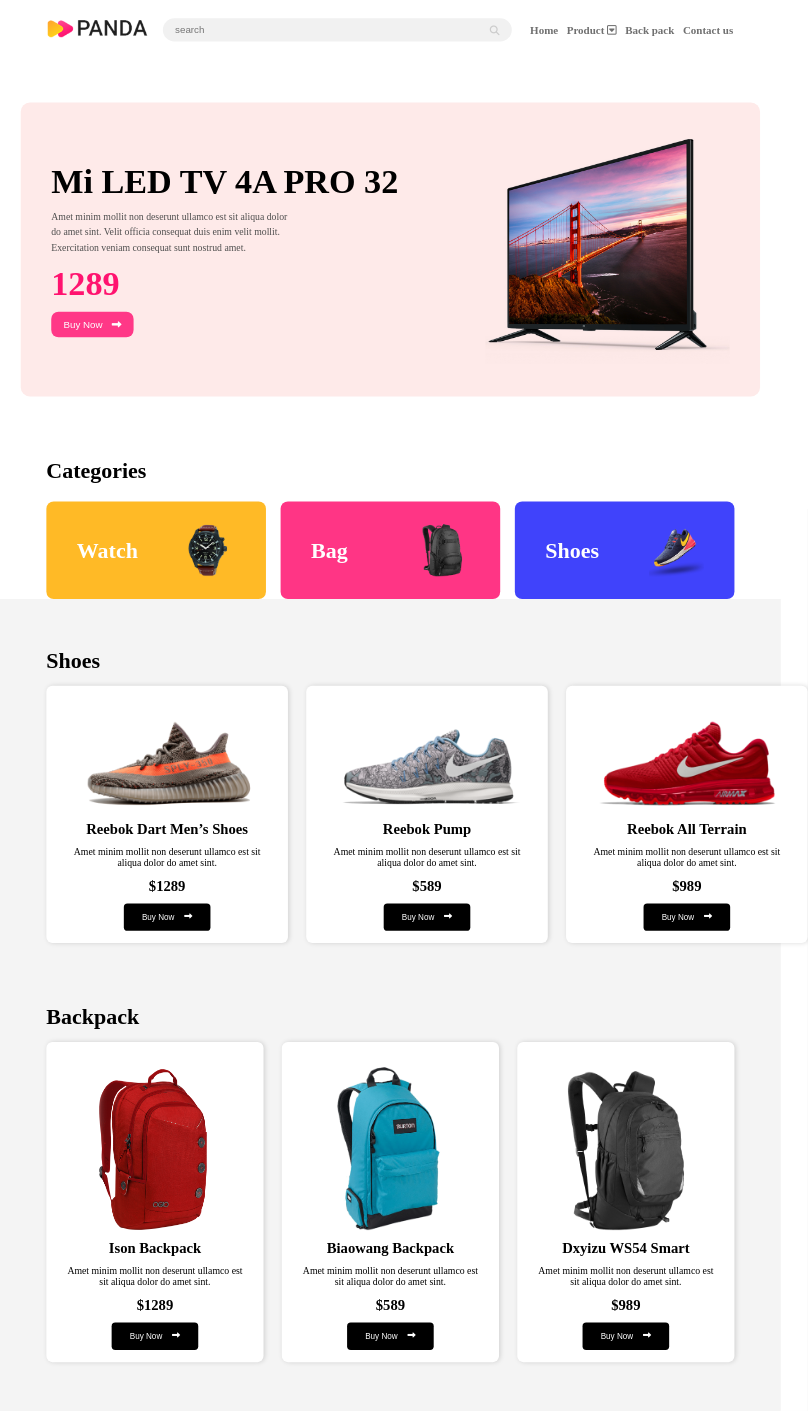
Repository: nahid-hasann/website-4
Page: index.html
An editor plug-in stored every save of this project. The page is shown before and after a run of saves, followed by the edit.
The browser window is 1280 px wide. The page is 1324 px wide, so the pictures cover 1324 px, including what lies to the right of the window. The pictures show the whole page, at 61% of full size.

Above is the page before, as saved 2025-07-13 23:30:37.

After the next 5 saves:
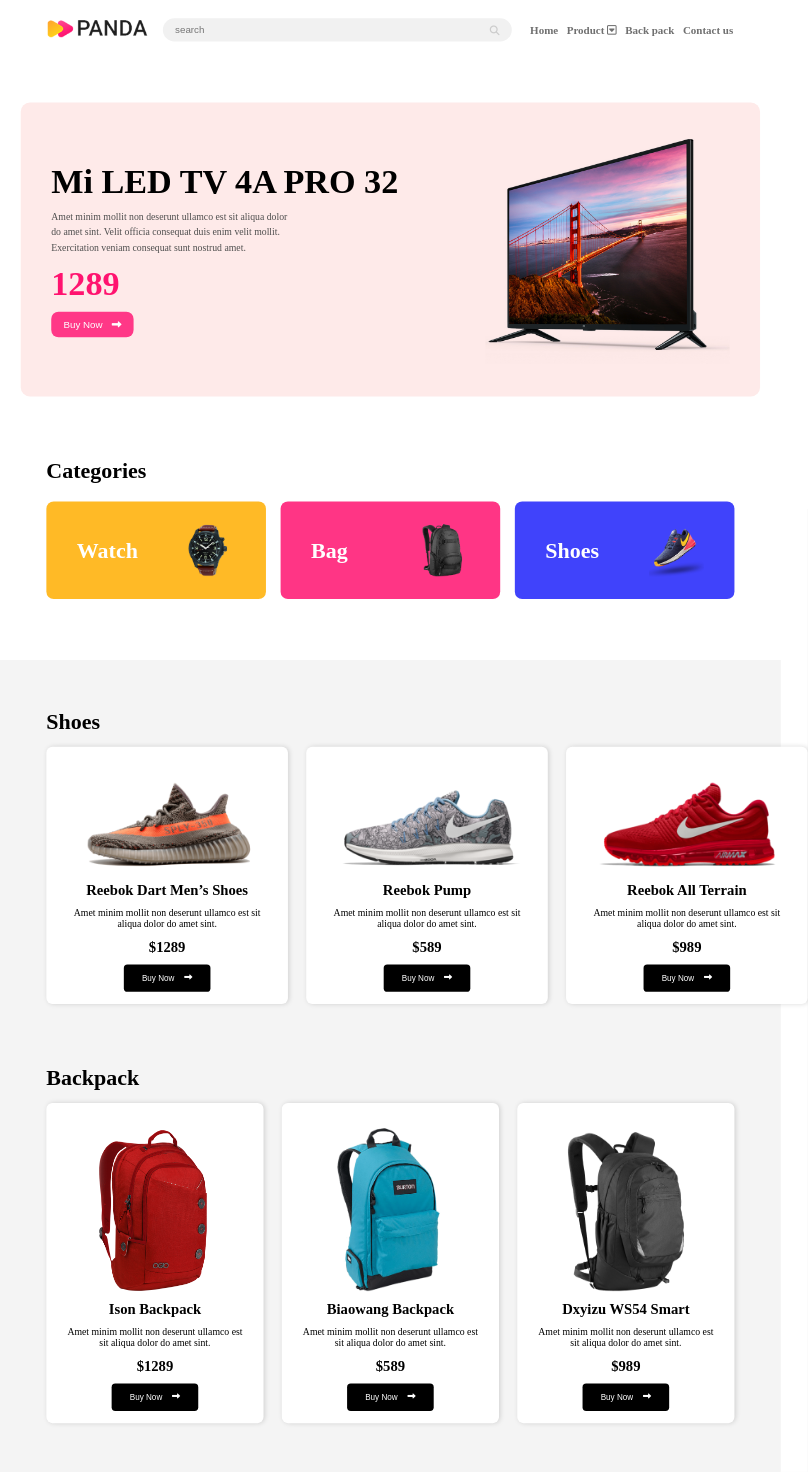
The 5 saves are shown as one change because they came seconds apart.
The last was saved 29 s later.
--- a/style.css
+++ b/style.css
@@ -190,7 +190,7 @@
 
 .shobag-collection{
     background-color: #f4f4f4;
-    margin: 0px 0;
+    margin: 100px 0 0;
     padding: 80px 0;
 }
 
